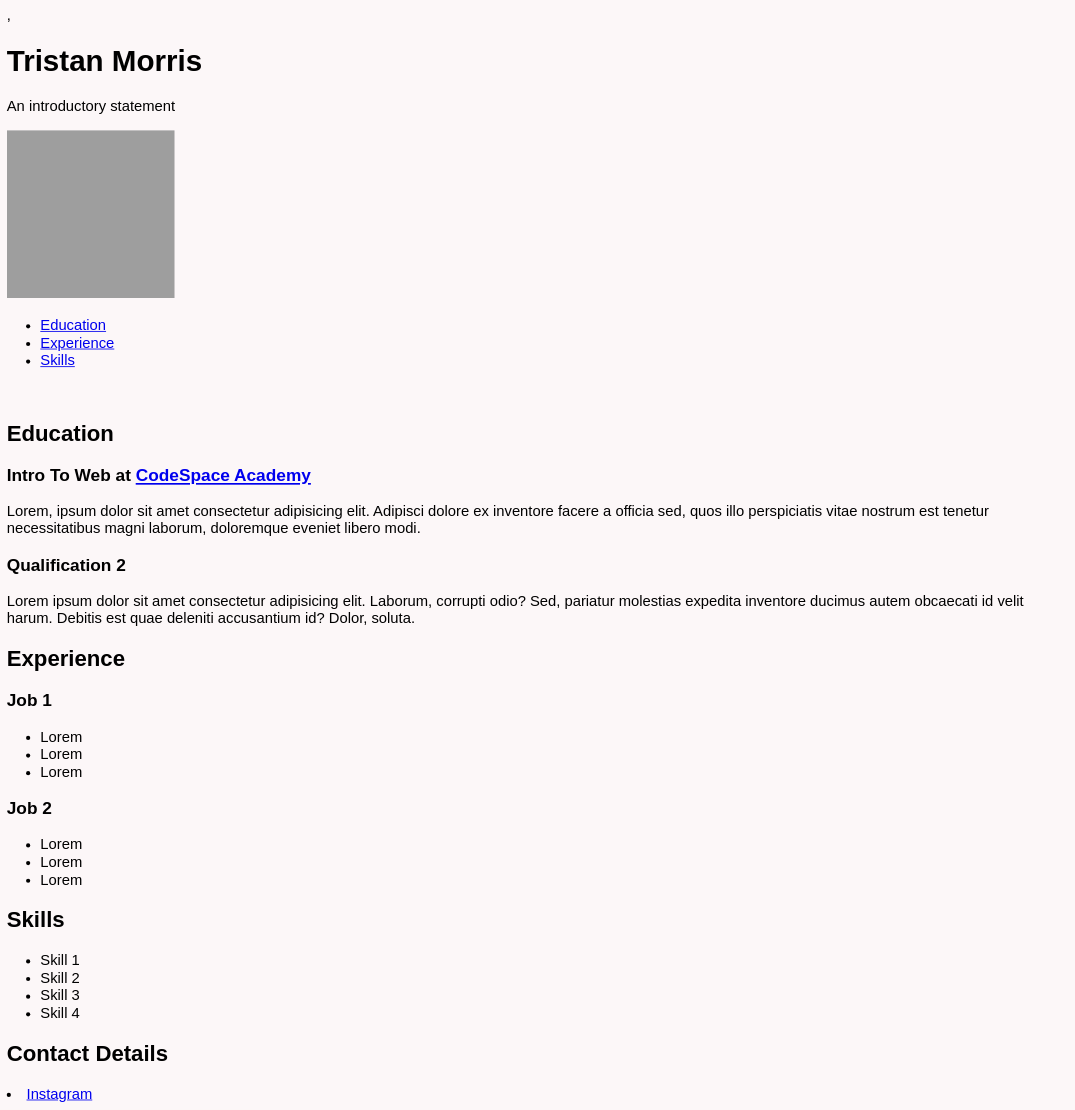
Repository: TristanKMorris/introToWebDesignAssignment
Page: resume1.html
An editor plug-in stored every save of this project. The page is shown before and after the next save, followed by the edit.
The browser window is 1280 px wide. The pictures show the whole page, at 84% of full size.
Pictures or frames that could not be fetched are drawn as grey boxes.

Above is the page before, as saved 2022-05-31 12:59:42.

After the next save:
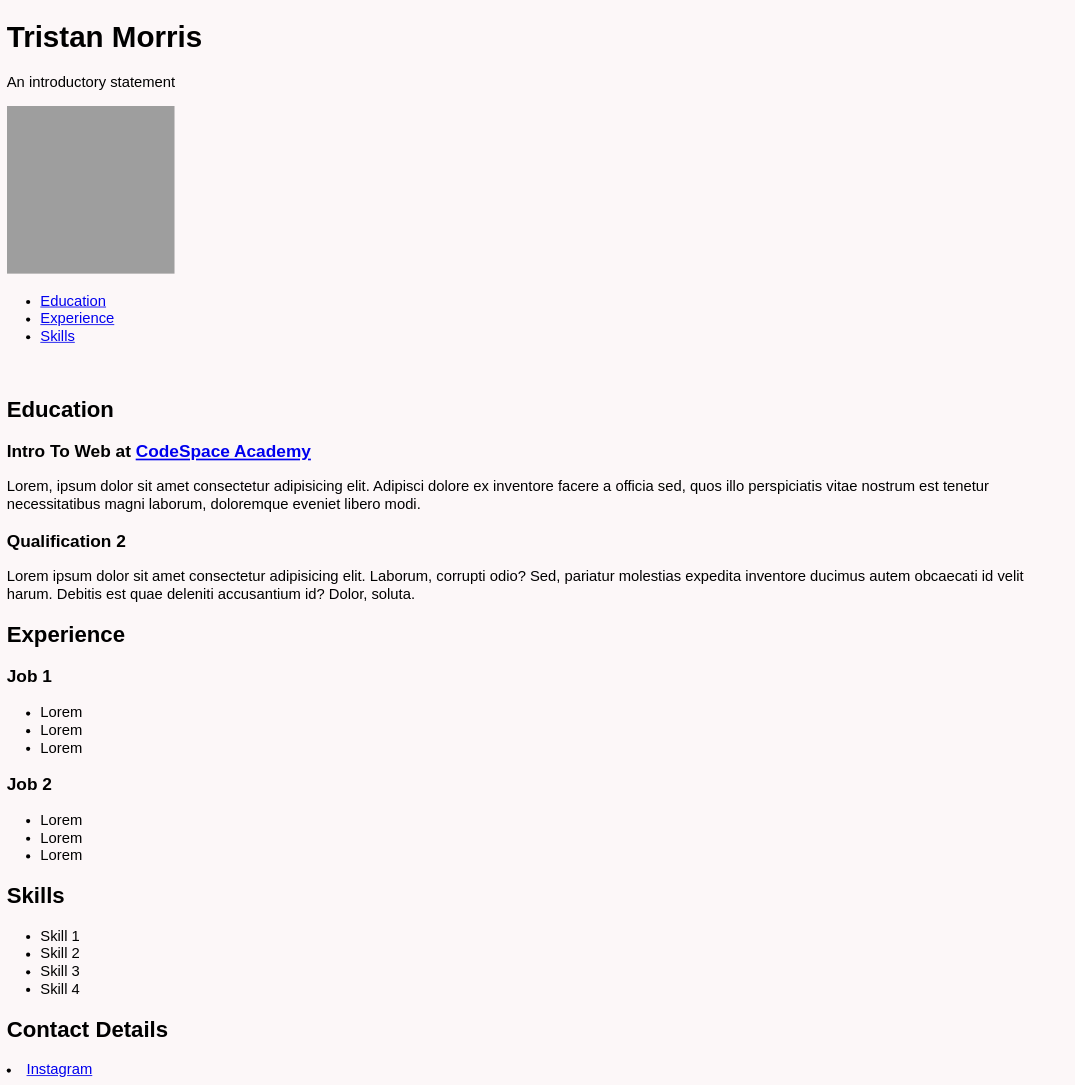
Saved 35 s later.
--- a/resume1.html
+++ b/resume1.html
@@ -5,7 +5,7 @@
     <meta http-equiv="X-UA-Compatible" content="IE=edge" />
     <meta name="viewport" content="width=device-width, initial-scale=1.0" />
     <title>My first web page</title>
-    ,<link rel="stylesheet" type="text/css" href="css/stylesheet.css">
+    <link rel="stylesheet" type="text/css" href="css/stylesheet.css">
   </head>
   <body>
     <h1>Tristan Morris</h1>
